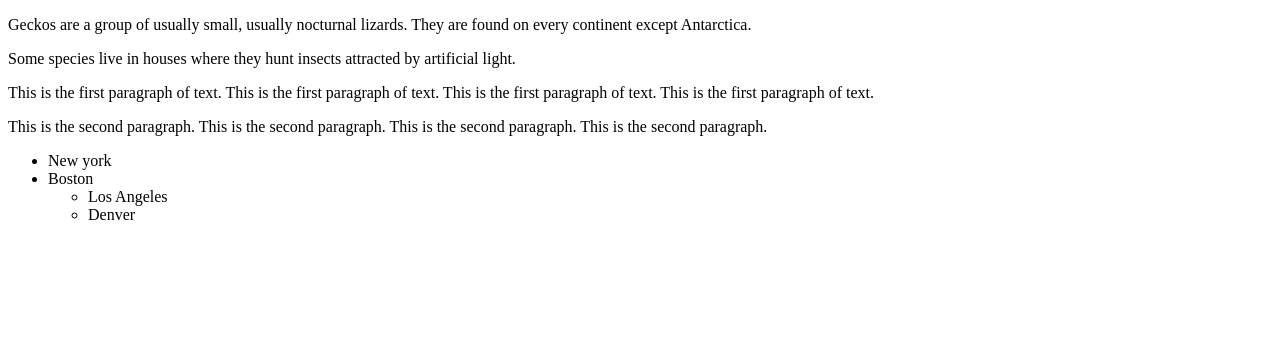
Repository: Bsharpenski/mini-movi-list
Page: html-excercise1/index.html
The author's editor kept a copy of each file at every save. The page is drawn from the files as they stood at one save, then again after the next save.
The browser window is 1280 px wide. The pictures show the whole page.

Above is the page before, as saved 2025-01-28 18:05:46.

After the next save:
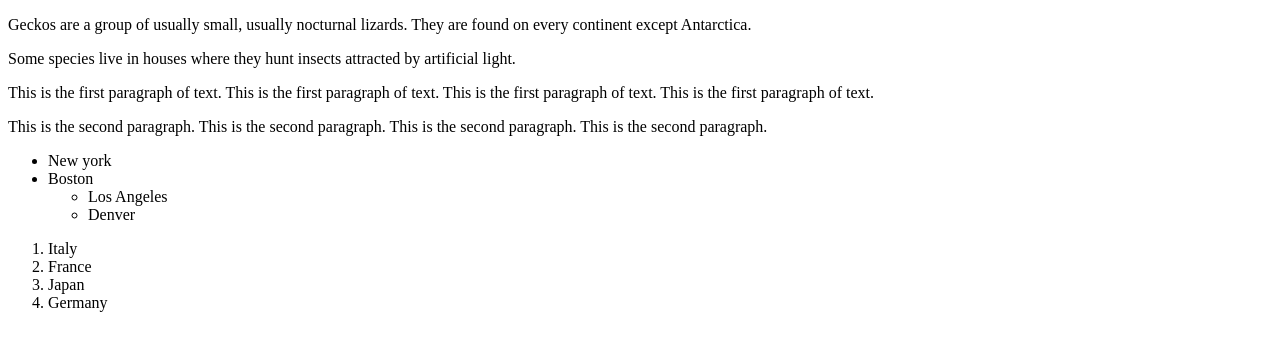
Saved 3 min 22 s later.
--- a/html-excercise1/index.html
+++ b/html-excercise1/index.html
@@ -29,7 +29,12 @@
                 </ul>
             </li>
           </ul>
-
+        <ol>
+            <li>Italy</li>
+            <li>France</li>
+            <li>Japan</li>
+            <li>Germany</li>
+        </ol>
 
 
     </body>
